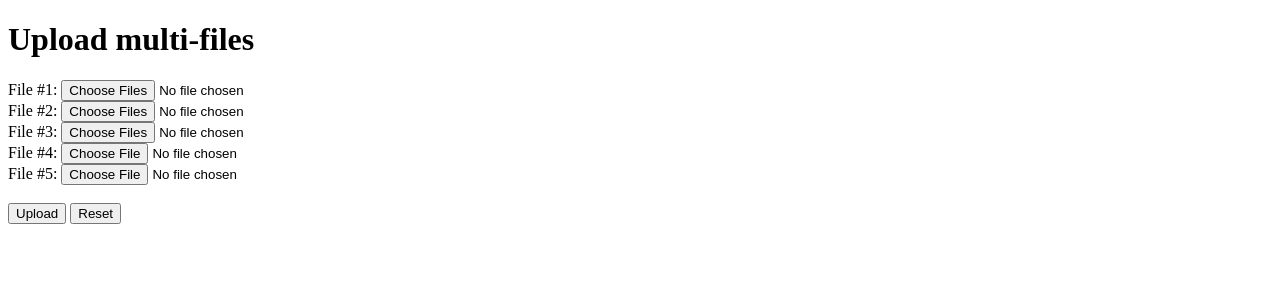
Repository: EchhOpp/Lab-WWW-JAVA-IUH
Page: NguyenThanhLuan_21123021_Tuan02/21123021_NguyenThanhLuan_Tuan02/src/main/webapp/index.html
These files come from the project's save history. The page is drawn as it stood at one moment and after a run of saves; the edit follows.
The browser window is 1280 px wide. The pictures show the whole page.

Above is the page before, as saved 2024-08-28 07:21:00.

After the next 2 saves:
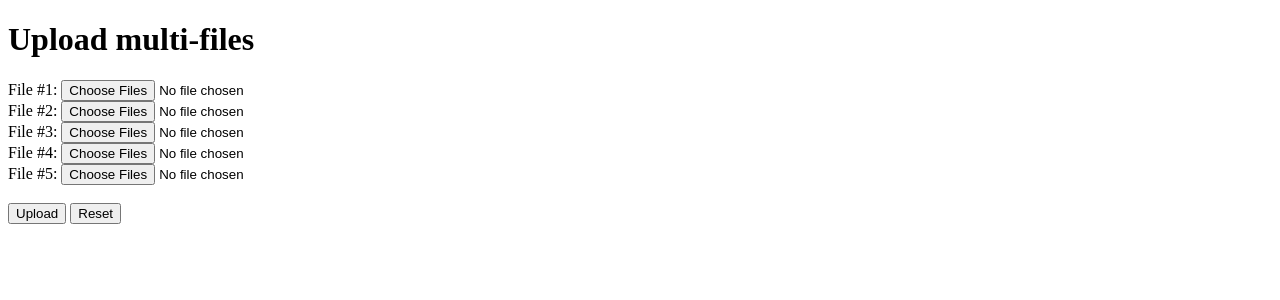
The 2 saves are shown as one change because they came seconds apart.
The last was saved 9 s later.
--- a/NguyenThanhLuan_21123021_Tuan02/21123021_NguyenThanhLuan_Tuan02/src/main/webapp/index.html
+++ b/NguyenThanhLuan_21123021_Tuan02/21123021_NguyenThanhLuan_Tuan02/src/main/webapp/index.html
@@ -22,10 +22,10 @@
             <input type="file" name="file3" id="file3" multiple="multiple"/>
             <br>
             <label for="file4">File #4:</label>
-            <input type="file" name="file4" id="file4" />
+            <input type="file" name="file4" id="file4" multiple="multiple"/>
             <br>
             <label for="file5">File #5:</label>
-            <input type="file" name="file5" id="file5" />
+            <input type="file" name="file5" id="file5" multiple="multiple"/>
             <br>
             <br>
             <input type="submit" value="Upload" />
